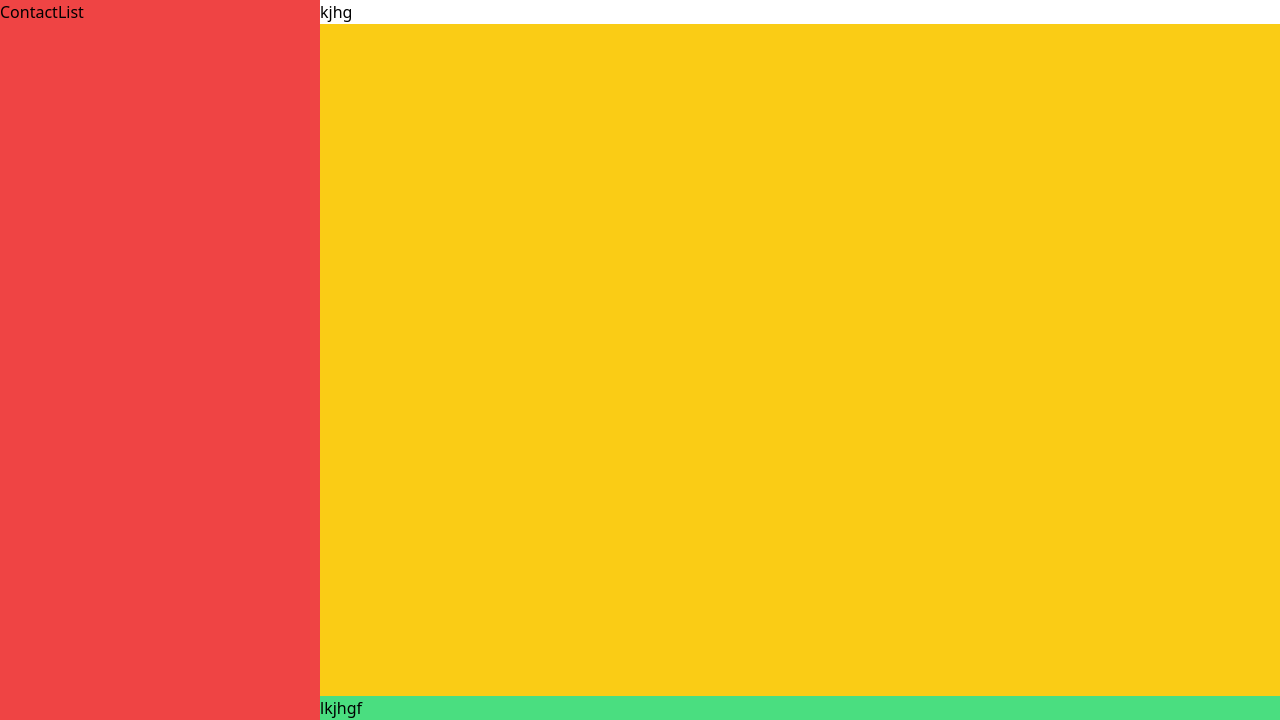
Repository: theanmol-raj/whatsapp
Page: /
An editor plug-in stored every save of this project. The page is shown before and after the next save, followed by the edit.
The browser window is 1280 px wide. The pictures show the whole page.
The project was rebuilt for these pictures with package versions that can differ from the ones it lists, and the page was loaded fresh each time.

Above is the page before, as saved 2022-12-02 22:15:35.

After the next save:
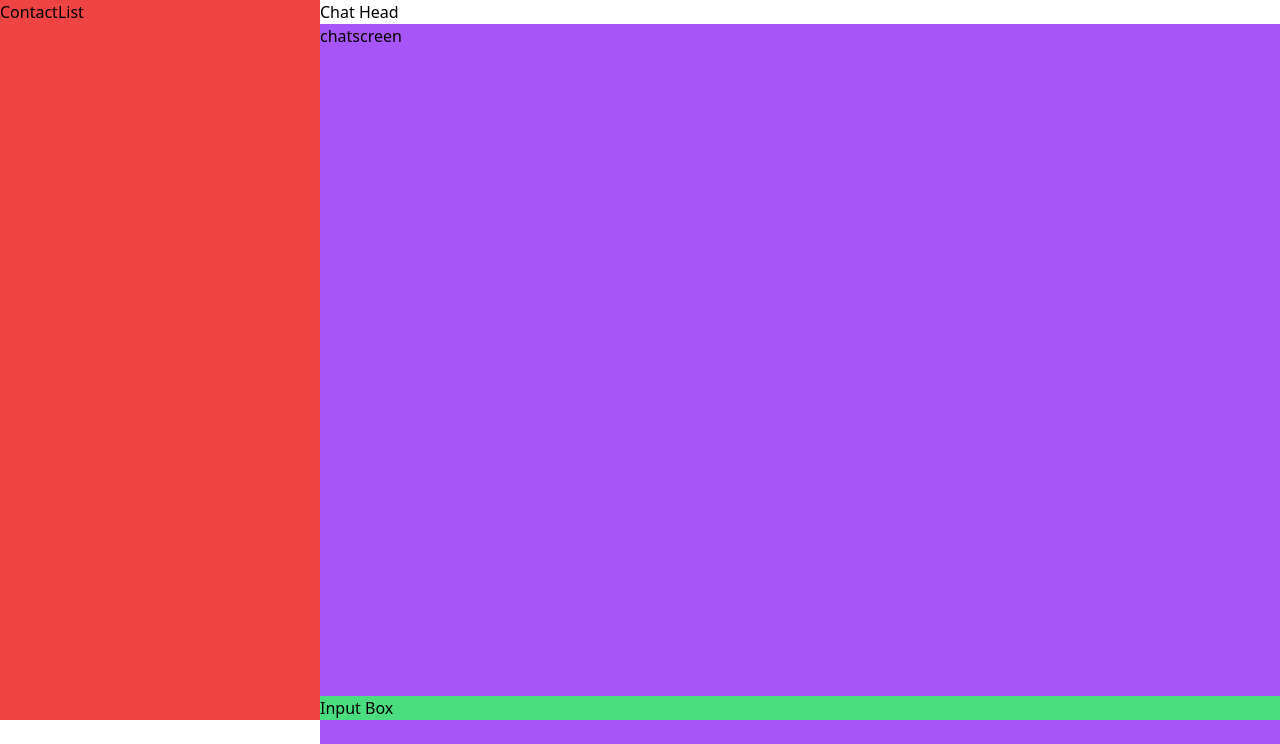
Saved 50 s later.
--- a/src/Components/ChatScreen.jsx
+++ b/src/Components/ChatScreen.jsx
@@ -4,10 +4,13 @@ function ChatScreen() {
   return (
     <div className=' bg-yellow-400 col-span-3 relative'>
         <div className=' w-full bg-white sticky top-0'>
-                kjhg
+                Chat Head
+        </div>
+        <div className=' h-full bg-purple-500'>
+                chatscreen
         </div>
         <div className=' w-full absolute bottom-0 bg-green-400'>
-                lkjhgf
+                Input Box
         </div>
     </div>
   )
